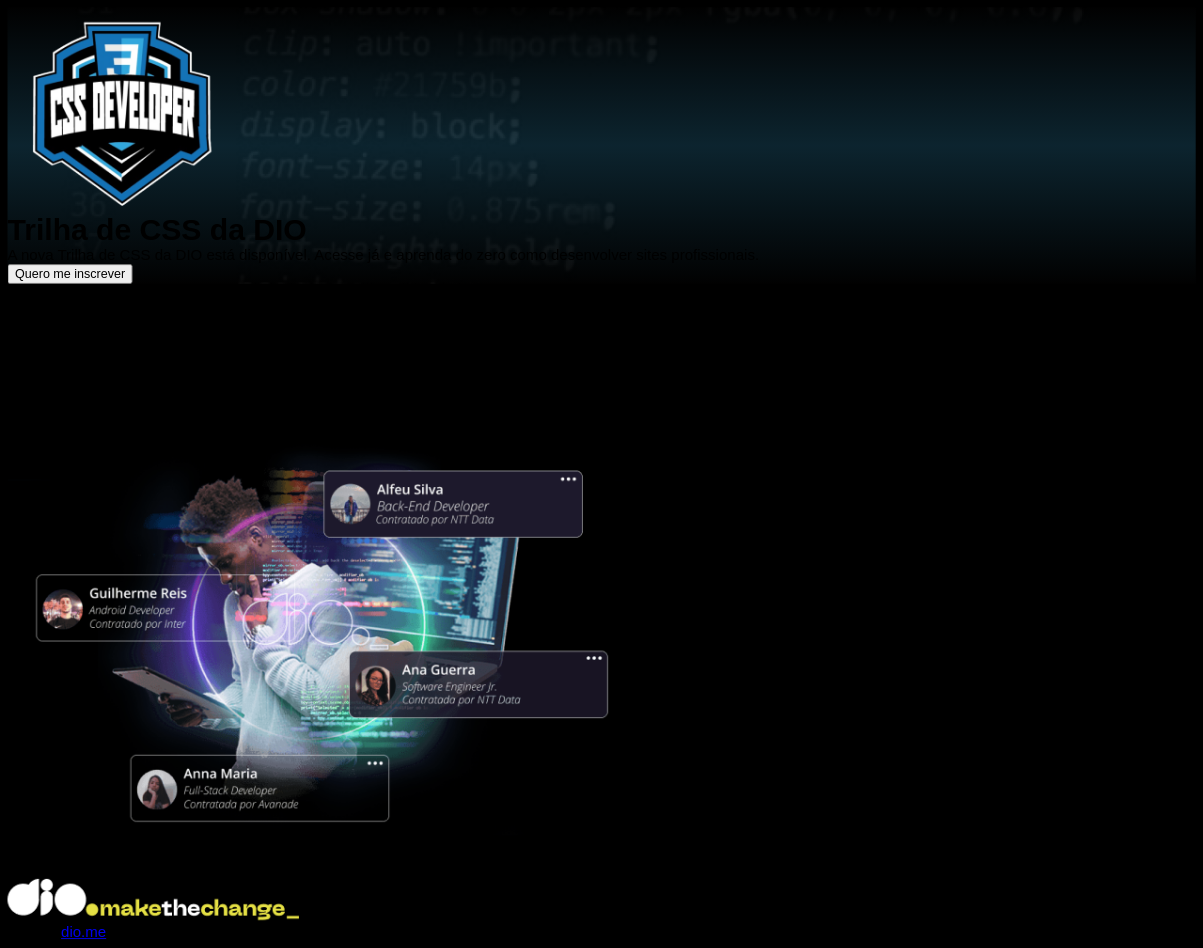
Repository: Zoemateus324/landing-page
Page: index.html
These files come from the project's save history. The page is drawn as it stood at one moment and after the next save; the edit follows.
The browser window is 1280 px wide. The pictures show the whole page, at 94% of full size.

Above is the page before, as saved 2024-11-23 10:27:20.

### index.html
<!DOCTYPE html>
<html lang="en">

<head>
    <meta charset="UTF-8">
    <meta http-equiv="X-UA-Compatible" content="IE=edge">
    <meta name="viewport" content="width=device-width, initial-scale=1.0">
    <link rel="stylesheet" href="./assets/styles.css">
    <title>Trilha de CSS - DIO</title>
</head>

<body>
    <header class="banner">
        <div class="banner-content">
            <div class="logo">
                <img src="assets/images/logo.png" title="Logotipo Trilha de CSS DIO" alt="Logotipo Trilha de CSS DIO">
            </div>
            <h1>Trilha de CSS da DIO</h1>
            <p>A nova Trilha de CSS da DIO está disponível. Acesse já e aprenda do zero como desenvolver sites profissionais.</p>
            <button>Quero me inscrever</button>
        </div>
    </header>
    <main>
        <section id="course-content">
            <h2>O que vou aprender?</h2>
            <p>
                Temos 3 módulos recheados de conteúdos do básico ao avançado para que você aprenda a desenvolver sites profissionais utilizando somente HTML e CSS: sem nenhuma biblioteca ou framework a mais.
            </p>
            <div class="modules-list">
                <div class="module">
                    <span>Módulo 01:</span> primeiros passos com CSS
                </div>
                <div class="module">
                    <span>Módulo 02:</span> trabalhando com layouts no CSS
                </div>
                <div class="module">
                    <span>Módulo 03:</span> refinando os estilos CSS das nossas páginas
                </div>
            </div>
        </section>
        <section id="transform-world">
            <p>TRANSFORME O MUNDO COM A GENTE</p>
        </section>
        <section id="professional-challenges">
            <h2>Evolua e encare novos desafios profissionais</h2>
            <img src="assets/images/professional-challenges.png" title="Homem lendo depoimentos em um tablet" alt="Homem lendo depoimentos em um tablet">
            <p>
                Junte-se ao nosso ecossistema e transforme o mundo com a gente! Todos os dias dezenas de empresas acessam a nossa plataforma em busca dos talentos mais criativos, dinâmicos e colaborativos, além do conhecimento técnico. A nossa missão é te preparar para
                que você conecte-se com as melhores oportunidades.
            </p>
        </section>
    </main>
    <footer>
        <img class="dio-logo" src="assets/images/dio-logo.png" title="Logotipo DIO com o texto make the change" alt="Logotipo DIO com o texto make the change">
        <p>Acesse <a href="https://dio.me">dio.me</a> e se cadastre agora</p>
    </footer>
</body>

</html>

### assets/styles.css
body{
    background-color:black;
}
*{
    font-family:'Raleway', sans-serif;
    box-sizing:border-box;
    margin:0;
}
body{
    display:block;
    margin:8px;
}
.banner{
    background-image:linear-gradient(rgba(0,0,0,.6), rgba(49,168,221,.2), rgba(0,0,0,.6)),
    url(./assets/images/banner.png)
}

After the next save:
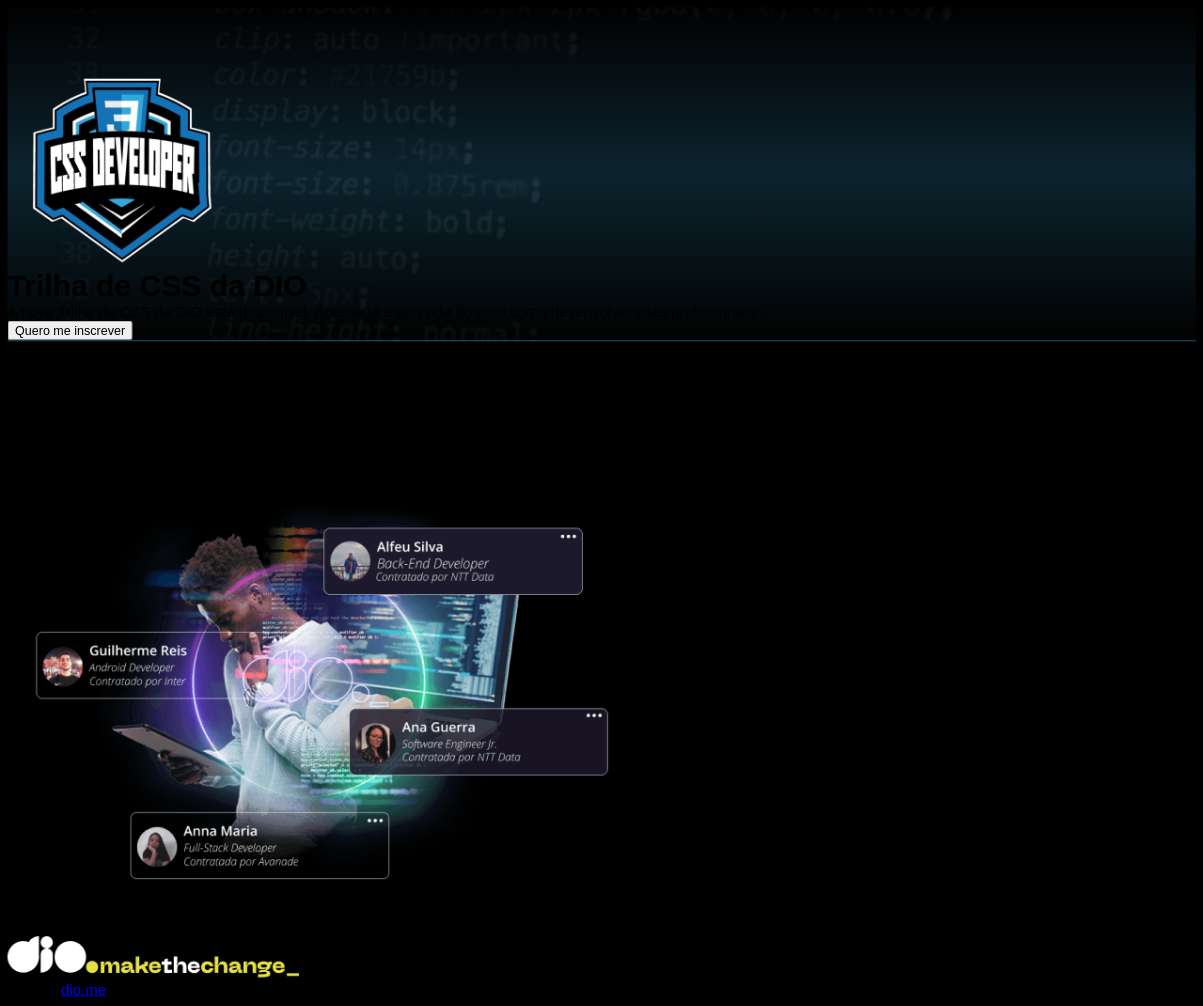
Saved 109 s later.
--- a/assets/styles.css
+++ b/assets/styles.css
@@ -1,16 +1,19 @@
 body{
     background-color:black;
+    display:block;
+    margin:8px;
 }
 *{
     font-family:'Raleway', sans-serif;
     box-sizing:border-box;
     margin:0;
 }
-body{
-    display:block;
-    margin:8px;
+
+.banner{
+    background-image:linear-gradient(rgba(0,0,0,.6), rgba(49,168,221,.2), rgba(0,0,0,.6)),url(./assets/images/banner.png);
+    background-size:cover;
+    background-repeat:no-repeat;
+    height:600;
+    padding-top:60px;
+    border-bottom:1px solid #33A8DB80;
 }
-.banner{
-    background-image:linear-gradient(rgba(0,0,0,.6), rgba(49,168,221,.2), rgba(0,0,0,.6)),
-    url(./assets/images/banner.png)
-}
